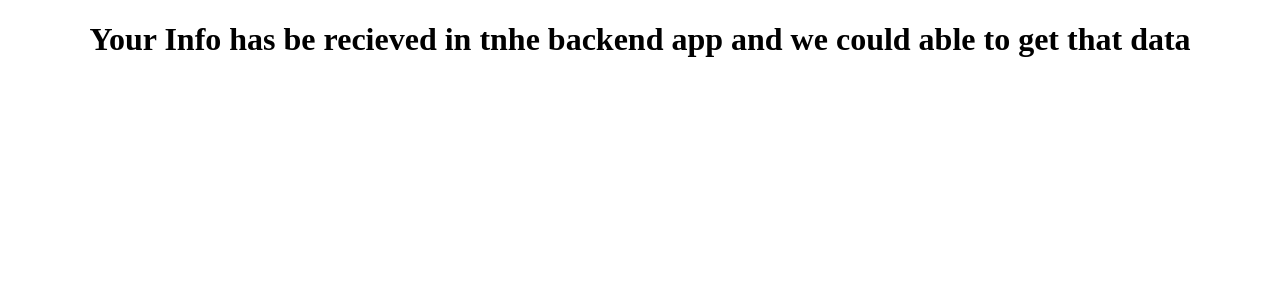
Repository: manjunath1718/All-Programs-of-Spring
Page: http://localhost/SpringMvcFormDataBinding/view/response.jsp
These files come from the project's save history. The page is drawn as it stood at one moment and after the next save; the edit follows.
The browser window is 1280 px wide. The pictures show the whole page.
The page is served by Tomcat 10. The template is opened directly, without the code that normally fills it, so the values that code supplies are empty.

Above is the page before, as saved 2024-08-07 12:15:38.

After the next save:
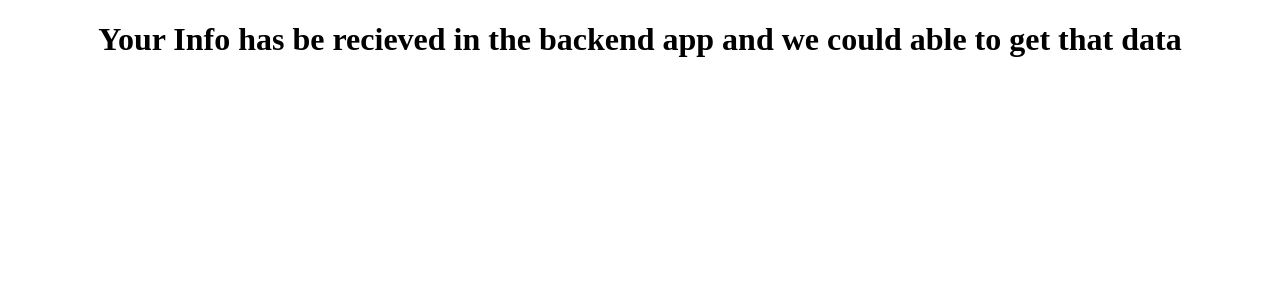
Saved 30 s later.
--- a/SpringMvcFormDataBinding/src/main/webapp/view/response.jsp
+++ b/SpringMvcFormDataBinding/src/main/webapp/view/response.jsp
@@ -8,7 +8,7 @@
 </head>
 <body>
 <center>
-	<h1>Your Info has be recieved in tnhe backend app and we could able to get that data</h1>
+	<h1>Your Info has be recieved in the backend app and we could able to get that data</h1>
      <h1 style='color:red'>${impl.id}</h1>
      <h1 style='color:blue'>${impl.iname}</h1>
      <h1 style='color:cyan'>${impl.icity}</h1>
